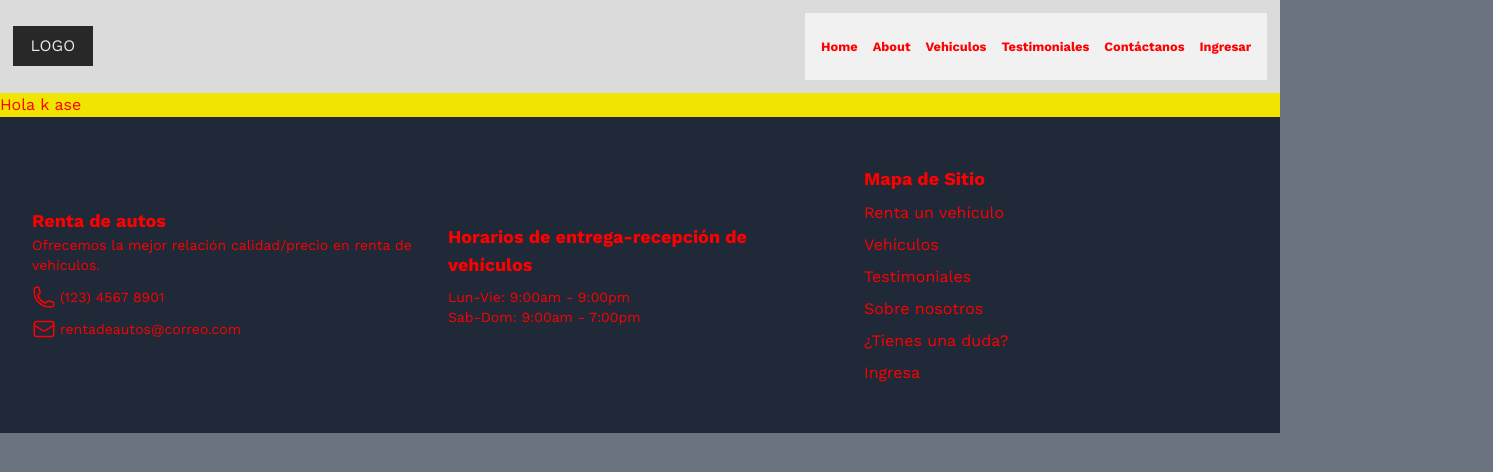
Repository: aldovelacasas/PF_RentCar2
Page: /
These files come from the project's save history. The page is drawn as it stood at one moment and after the next save; the edit follows.
The browser window is 1280 px wide. The page is 1280 px wide, then 1493 px, then 1280 px, so the pictures cover 1493 px, including what lies to the right of the window. The pictures show the whole page.
The project was rebuilt for these pictures with package versions that can differ from the ones it lists, and the page was loaded fresh each time. The framework's server and built-in components were replaced by stand-ins that run in the browser. Also part of the build but not shown: next.config.js.

Above is the page before, as saved 2023-08-30 09:55:33.

After the next save:
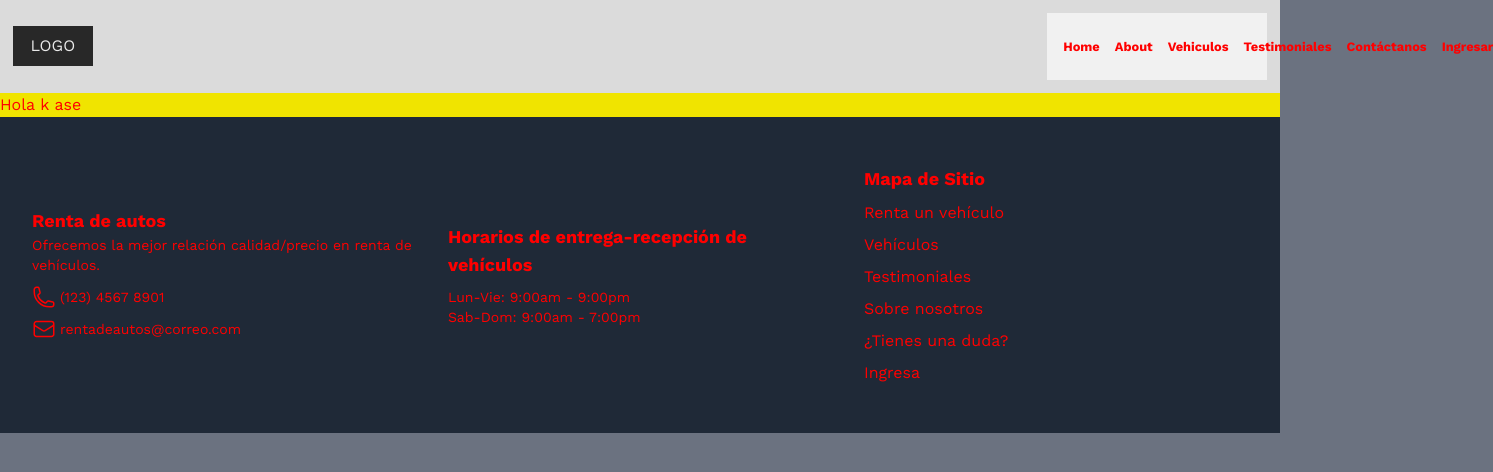
Saved 35 s later.
--- a/src/components/NavBar/nav.css
+++ b/src/components/NavBar/nav.css
@@ -119,7 +119,7 @@
     gap:15px;
     flex-direction: row;
     min-height: fit-content;
-    width: fit-content;
+
     align-items: space-evenly;
   }
 

After the save that followed:
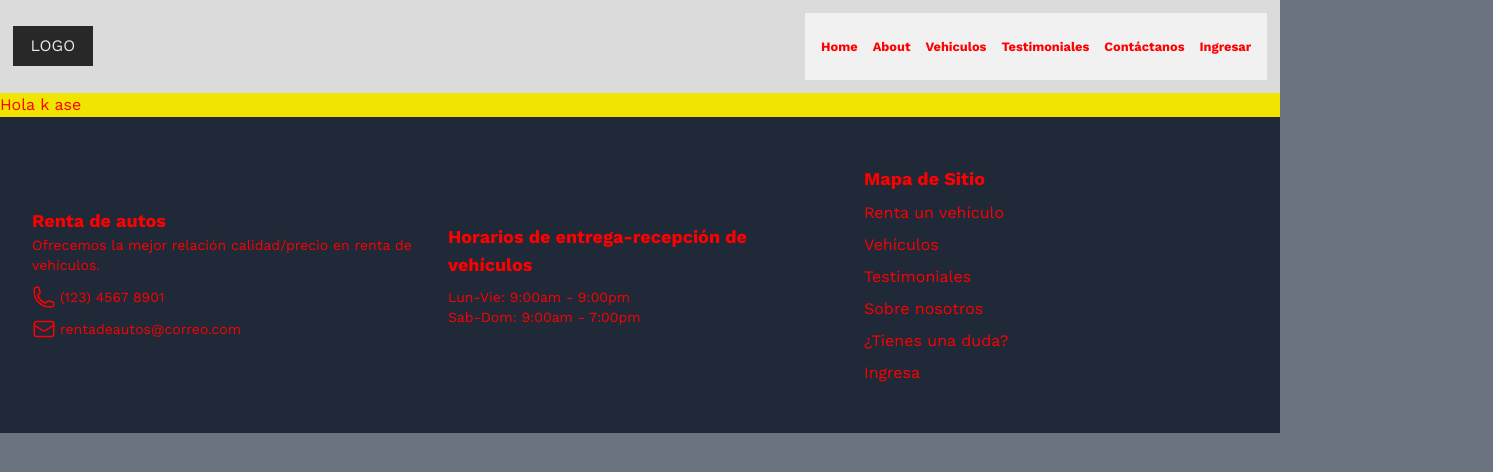
Saved 20 s later.
--- a/src/components/NavBar/nav.css
+++ b/src/components/NavBar/nav.css
@@ -119,7 +119,7 @@
     gap:15px;
     flex-direction: row;
     min-height: fit-content;
-
+    width: min-content;
     align-items: space-evenly;
   }
 
